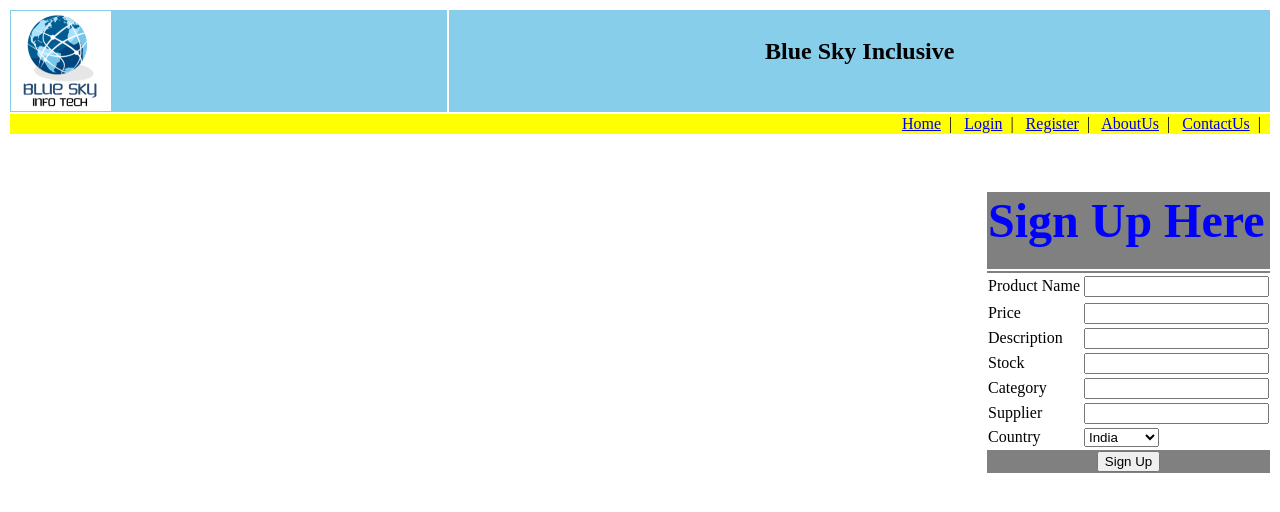
Repository: aishwaryaR16/Term-2-Project
Page: http://localhost/WebDemo/Product.jsp
These files come from the project's save history. The page is drawn as it stood at one moment and after the next save; the edit follows.
The browser window is 1280 px wide. The pictures show the whole page.
The page is served by Tomcat 9.

Above is the page before, as saved 2020-11-19 16:41:44.

After the next save:
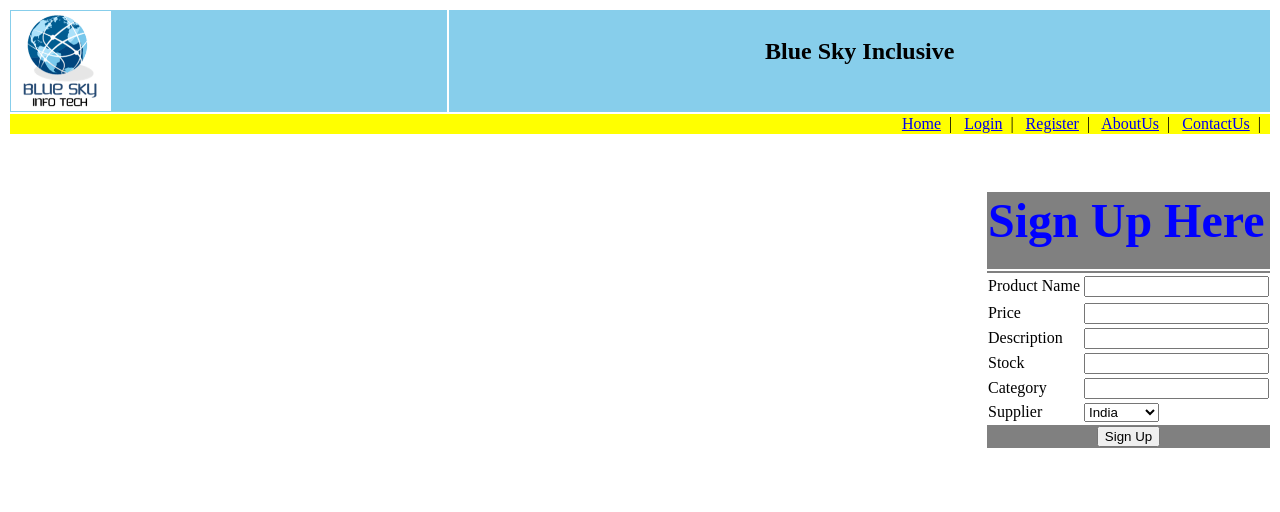
Saved 29 s later.
--- a/eclipse-workspace1/WebDemo/WebContent/Product.jsp
+++ b/eclipse-workspace1/WebDemo/WebContent/Product.jsp
@@ -53,11 +53,7 @@
 
 <tr>
 <td>Supplier</td>
-<td> <input type="text" name="supplier" required/></td>
-</tr>
 
-<tr>
-<td>Country</td>
 <td><select name="country">
 <option value="India">India</option>
 <option value="SriLanka">SriLanka</option>
